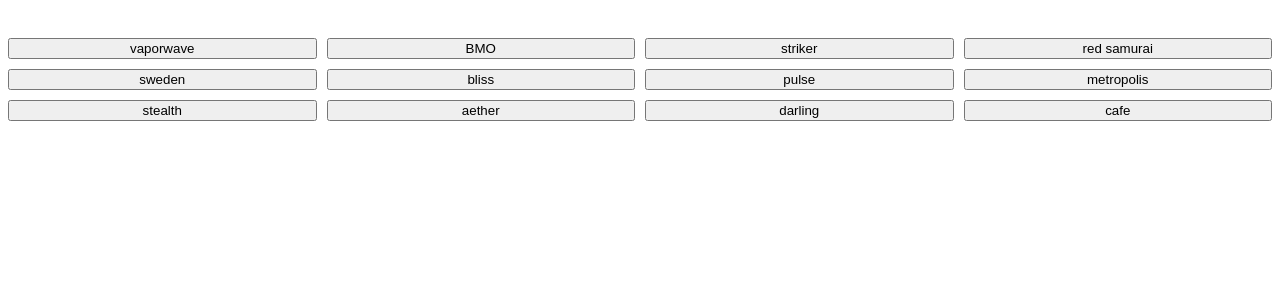
Repository: Lucid-art/Team-8-Project
Page: templates/theme.html
These files come from the project's save history. The page is drawn as it stood at one moment and after the next save; the edit follows.
The browser window is 1280 px wide. The pictures show the whole page.

Above is the page before, as saved 2021-06-09 16:22:48.
Console error: TypeError: Cannot read properties of null (reading 'workTime')

After the next save:
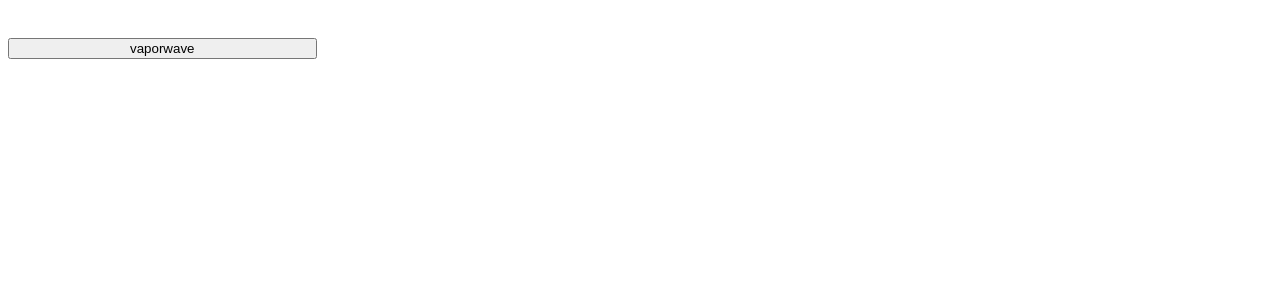
Saved 8 s later.
--- a/templates/theme.html
+++ b/templates/theme.html
@@ -11,7 +11,7 @@
 <div class="button">
     <div class="theme-buttons">
     <button id="vaporwave" class="vaporwave" onclick="vaporWave()">vaporwave</button>
-    <button class="methol" onclick="methol()">BMO</button>
+    <!-- <button class="methol" onclick="methol()">BMO</button>
     <button class="striker" onclick="striker()">striker</button>
     <button class="red-samurai" onclick="redsamurai()">red samurai</button>
     <button class="sweden" onclick="myFunction()">sweden</button>
@@ -21,7 +21,7 @@
     <button class="stealth" onclick="myFunction()">stealth</button>
     <button class="aether" onclick="myFunction()">aether</button>
     <button class="darling" onclick="myFunction()">darling</button>
-    <button class="cafe" onclick="myFunction()">cafe</button>
+    <button class="cafe" onclick="myFunction()">cafe</button> -->
 
     </div>
 </div>
